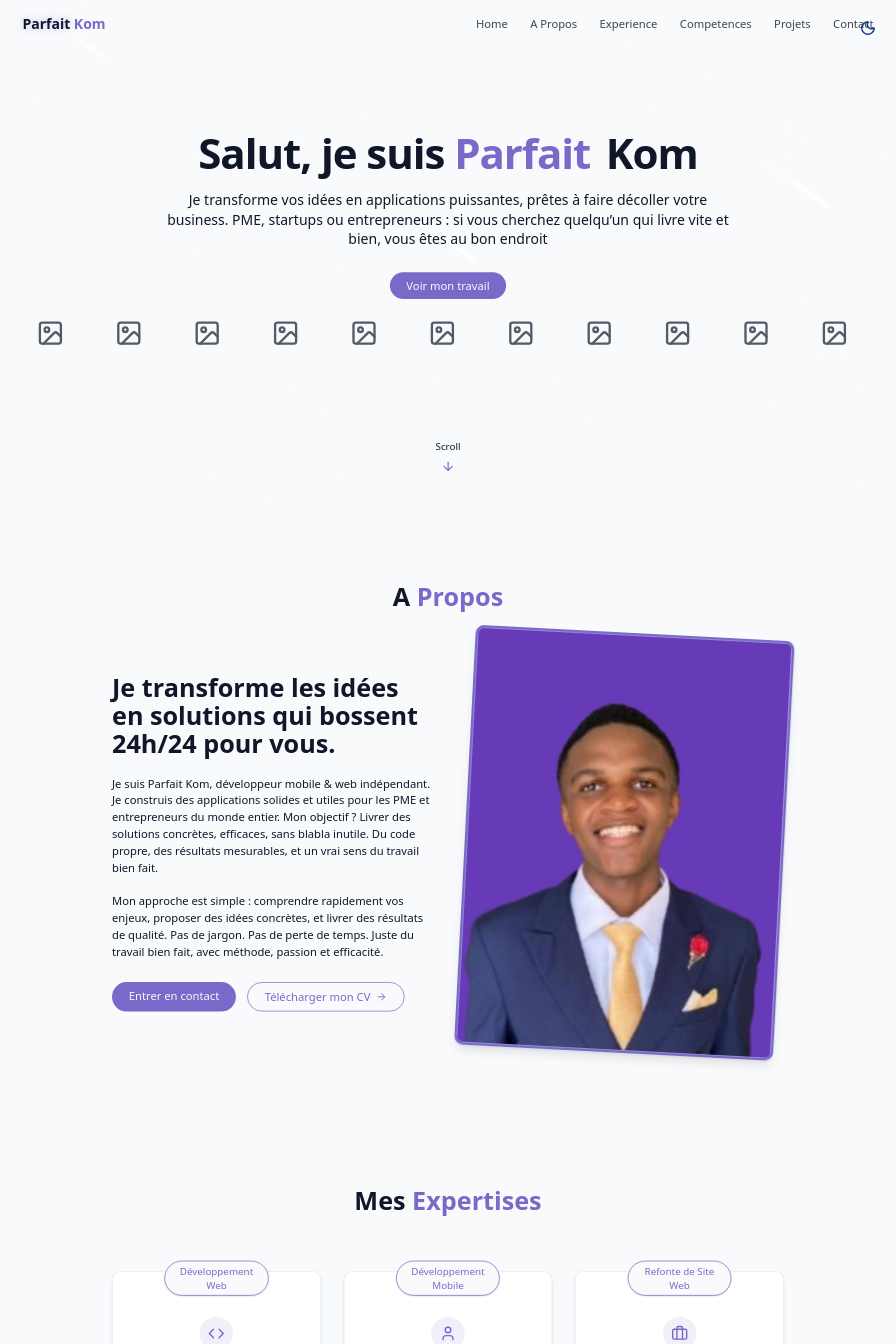
Repository: KOMI18/komi-folio
Page: /
The author's editor kept a copy of each file at every save. The page is drawn from the files as they stood at one save, then again after the next save.
The browser window is 1280 px wide. The pictures show the part of the page from y = 0 to 1920 px (the page is 5793 px tall), at 70% of full size.
The project was rebuilt for these pictures with package versions that can differ from the ones it lists, and the page was loaded fresh each time. Also part of the build but not shown: vite.config.js, src/pages/NotFound.jsx.

Above is the page before, as saved 2025-06-27 21:30:14.

After the next save:
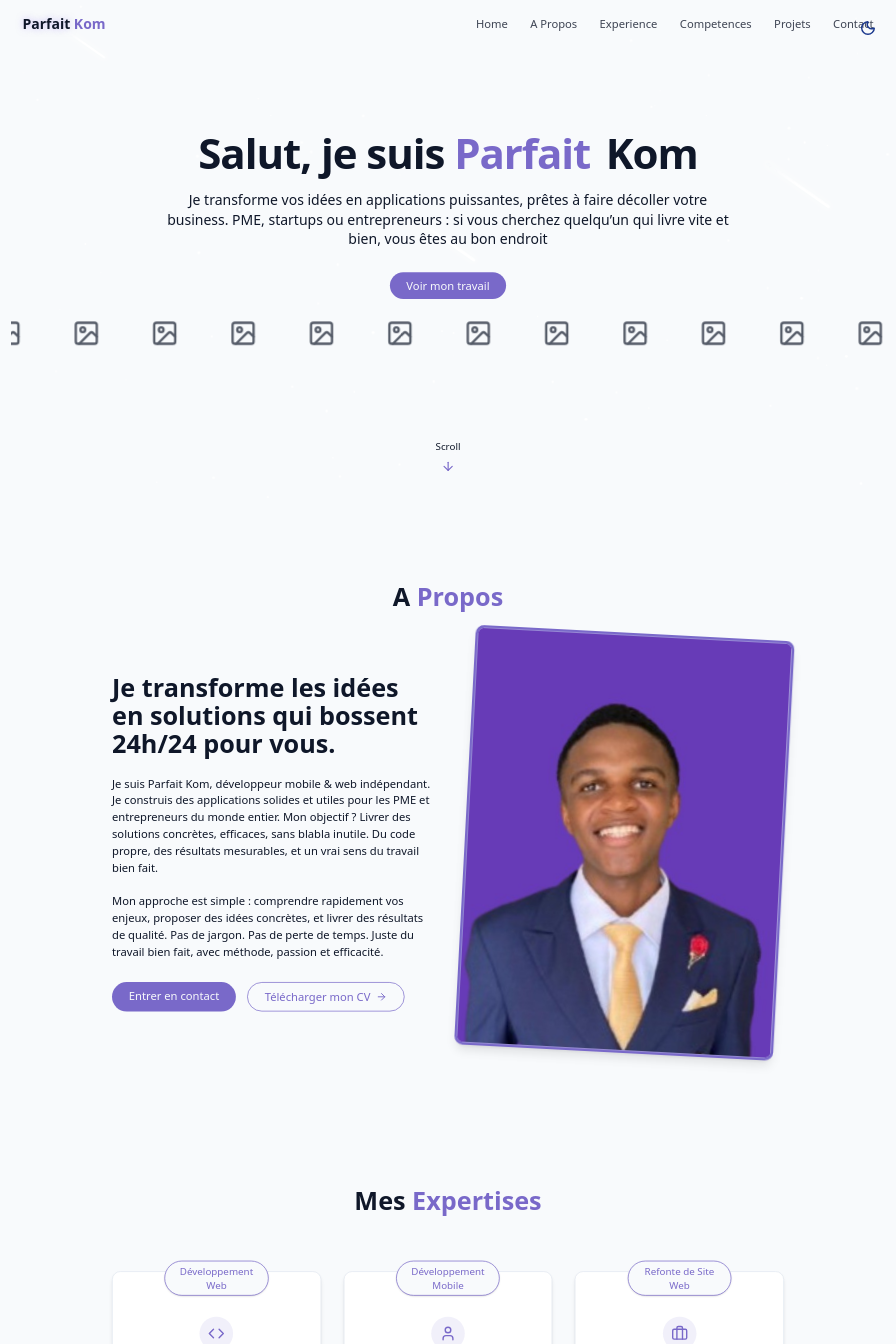
Saved 48 s later.
--- a/src/index.css
+++ b/src/index.css
@@ -178,6 +178,6 @@
   0% { transform: translateX(0); }
   100% { transform: translateX(-50%); }
 }
-.animate-scroll {
+.animate-carousel{
   animation: scroll 25s linear infinite;
 }
